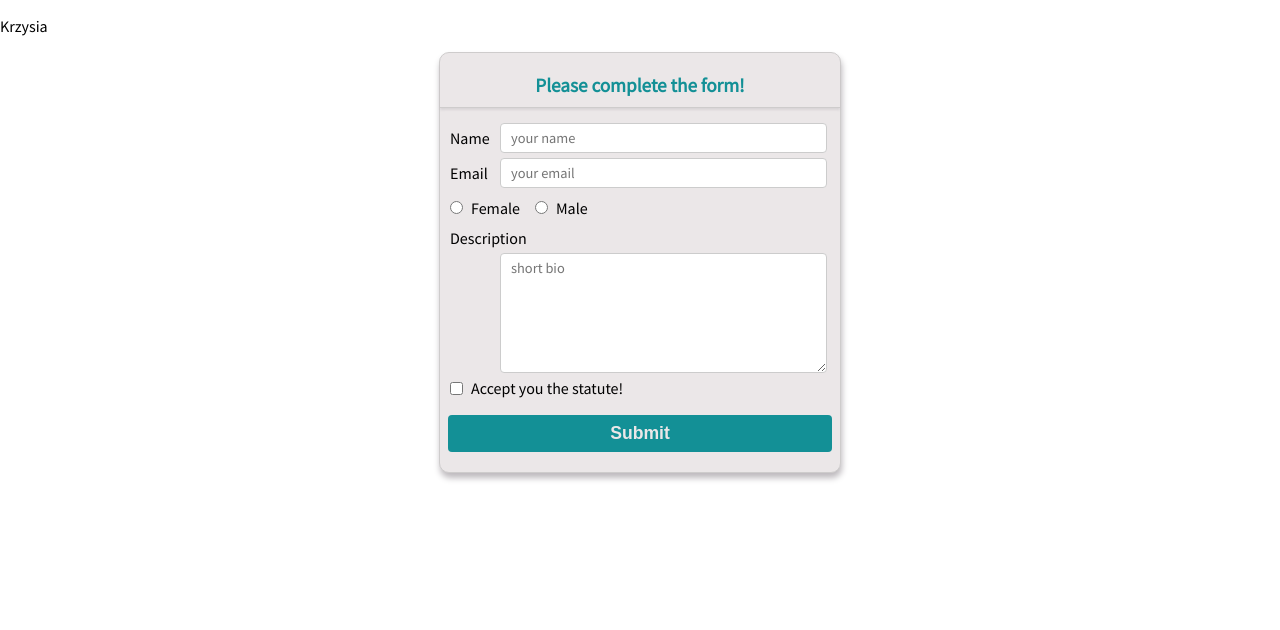
Repository: KrzysKolo/sr_tydzien4_zad2
Page: /
The author's editor kept a copy of each file at every save. The page is drawn from the files as they stood at one save, then again after the next save.
The browser window is 1280 px wide. The pictures show the whole page.
The project was rebuilt for these pictures with package versions that can differ from the ones it lists, and the page was loaded fresh each time. Also part of the build but not shown: src/components/formComponents/ErrorMessage.js, src/components/formComponents/Message.js.

Above is the page before, as saved 2020-11-27 23:53:52.

After the next save:
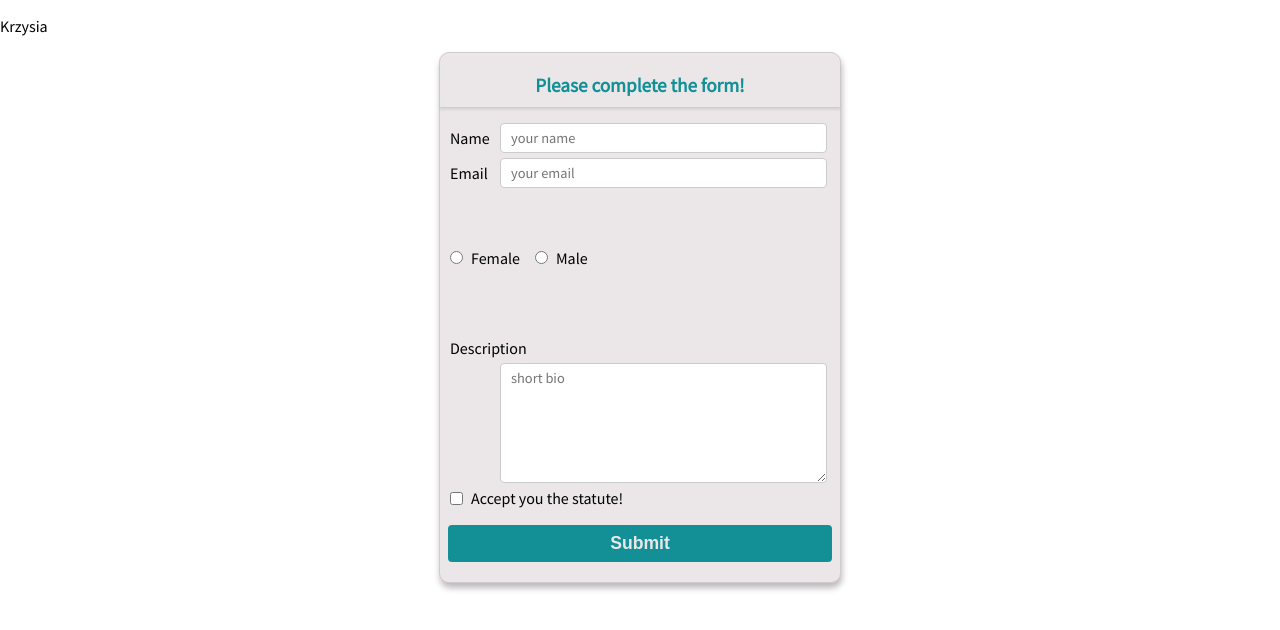
Saved 39 s later.
--- a/src/components/formComponents/Radio.js
+++ b/src/components/formComponents/Radio.js
@@ -6,7 +6,7 @@ const RadioDiv = styled.div`
     display: flex;
     flex-direction: row;
     align-items: center;
-    margin-top: 10px;
+    margin: 15% 0;
 `;
 const RadioLabel = styled.label`
     font-size: 1rem;
